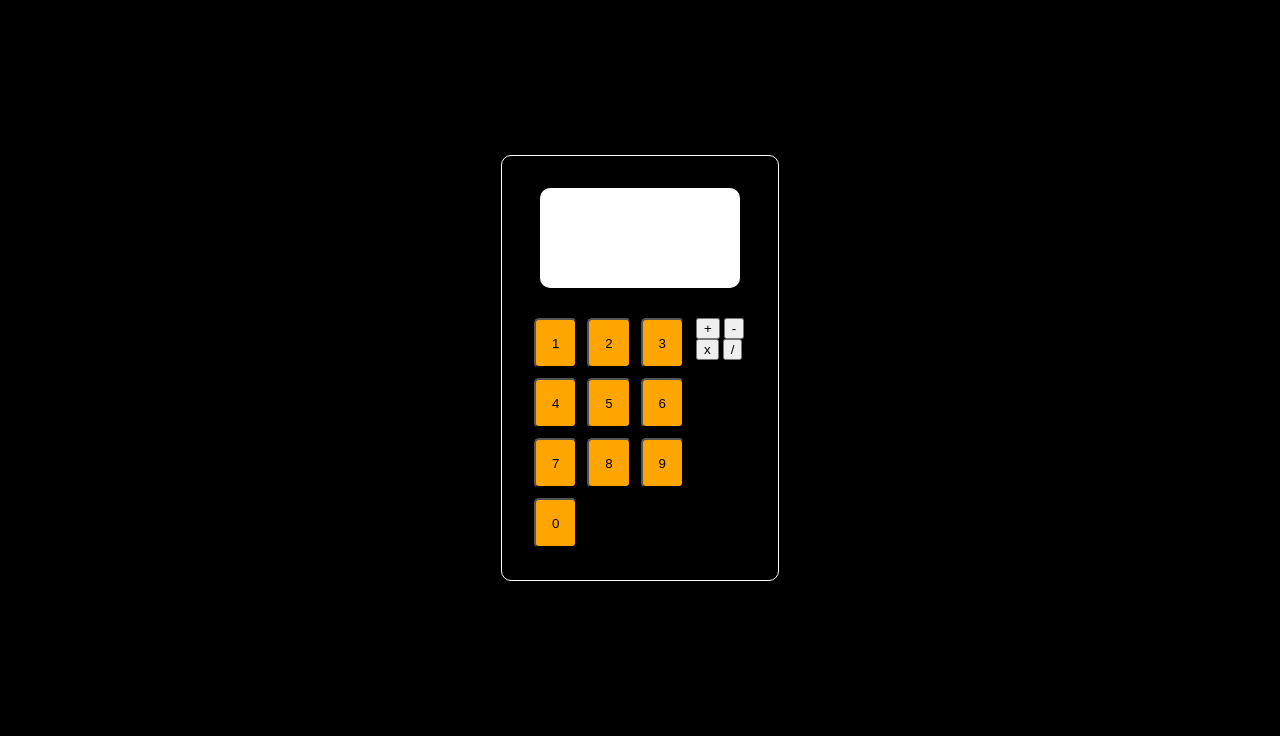
Repository: askan-ken/Simple-calculator
Page: index.html
The author's editor kept a copy of each file at every save. The page is drawn from the files as they stood at one save, then again after a run of saves.
The browser window is 1280 px wide. The pictures show the whole page.

Above is the page before, as saved 2023-02-17 05:08:12.
Console error: TypeError: Cannot read properties of null (reading 'addEventListener')

After the next 13 saves:
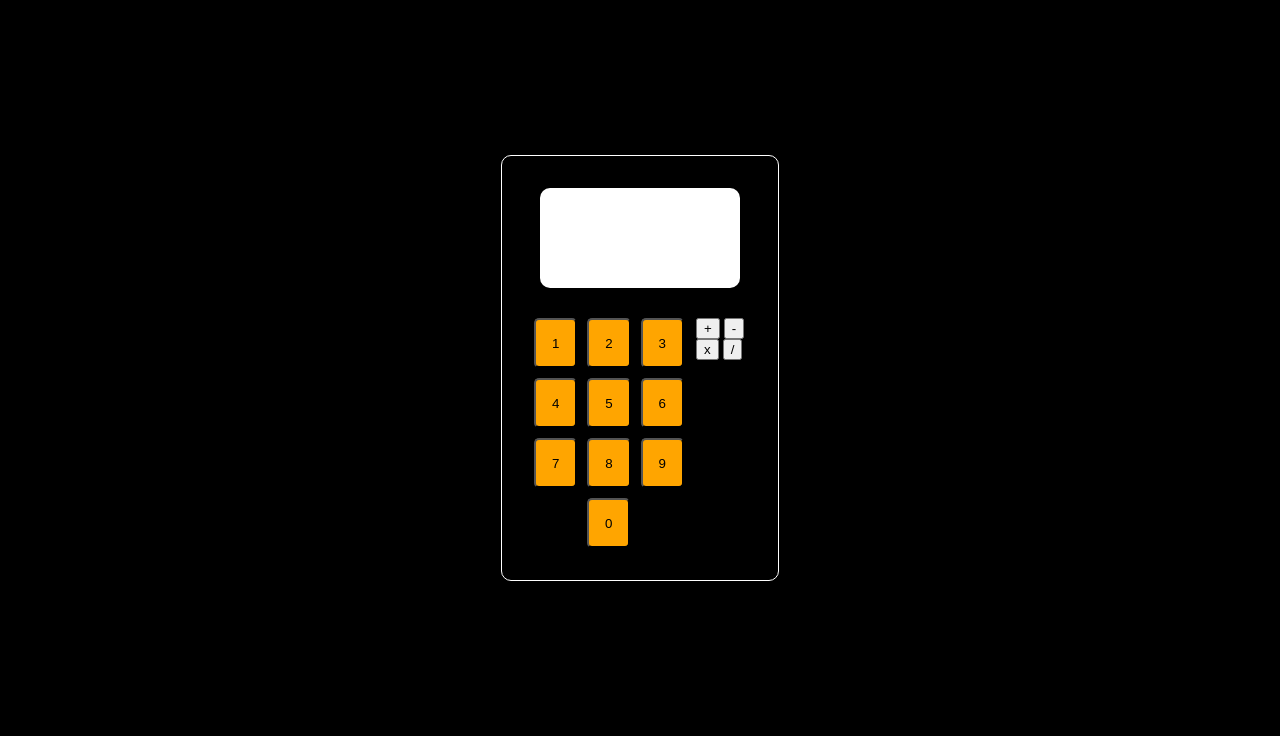
The 13 saves are shown as one change because they came seconds apart.
The last was saved 27 s later.
--- a/style.css
+++ b/style.css
@@ -45,7 +45,7 @@
     -o-border-radius: 5px;
     cursor: pointer;
 }
-.0{
+.zero{
     position: relative;
-
+    left: 53px;
 }
